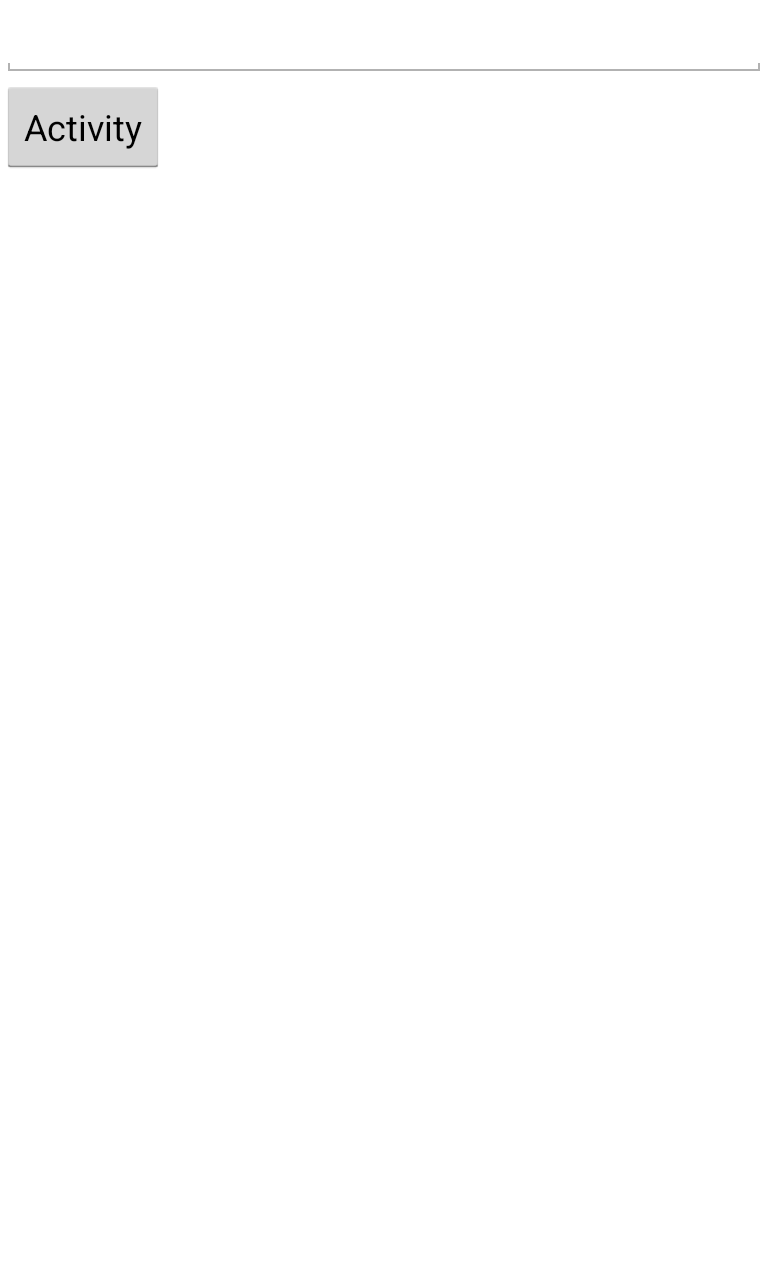
Repository: felipemfp/android-workspace
Layout: Aula05/res/layout/activity_slave.xml
The author's editor kept a copy of each file at every save. The layout is drawn from the files as they stood at one save, then again after the next save.
It is drawn on a 768 x 1280 px phone screen (xhdpi) without system bars, with theme AppTheme; the app's code is not run.

Above is the layout before, as saved 2015-12-15 12:01:25.

After the next save:
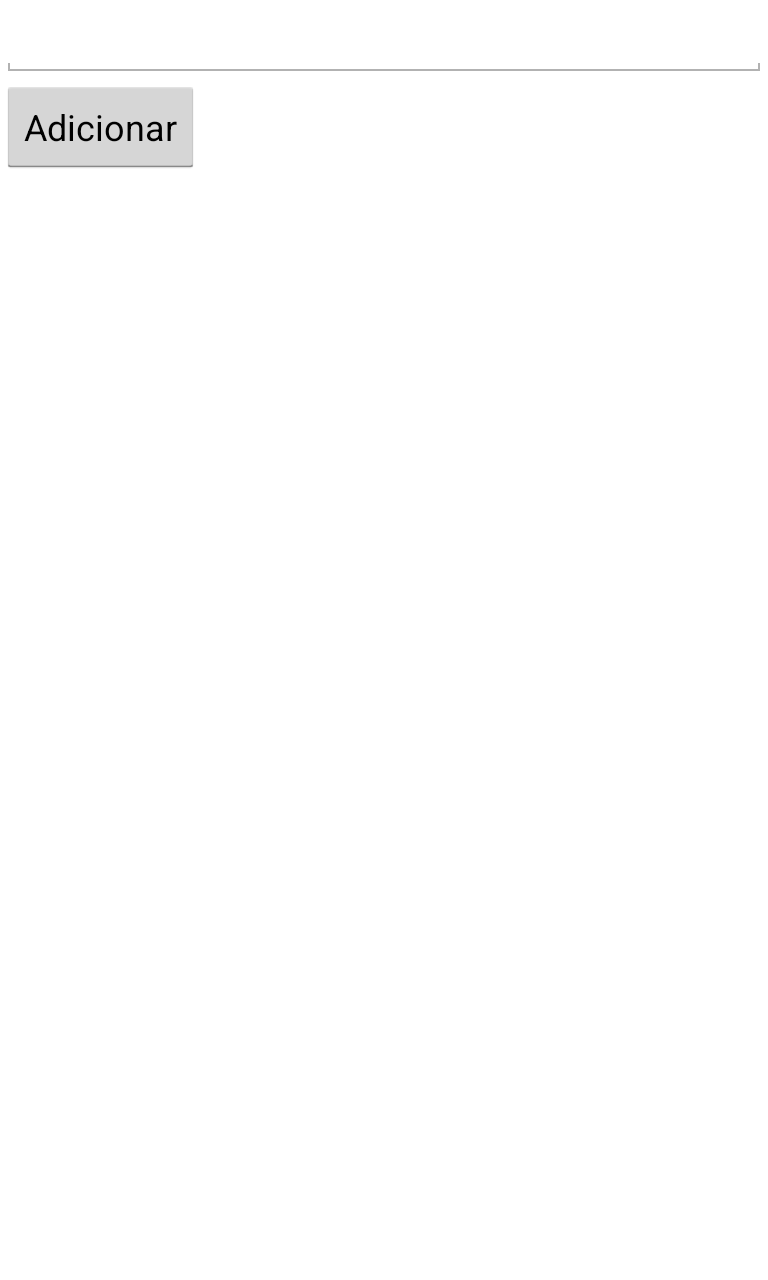
Saved 6 s later.
--- a/Aula05/res/layout/activity_slave.xml
+++ b/Aula05/res/layout/activity_slave.xml
@@ -13,7 +13,7 @@
     <Button
    	    android:layout_width="wrap_content"
    	    android:layout_height="wrap_content"
-   	    android:text="Activity"
+   	    android:text="Adicionar"
    	   	android:id="@+id/btnActivity"/>
 
 </LinearLayout>
